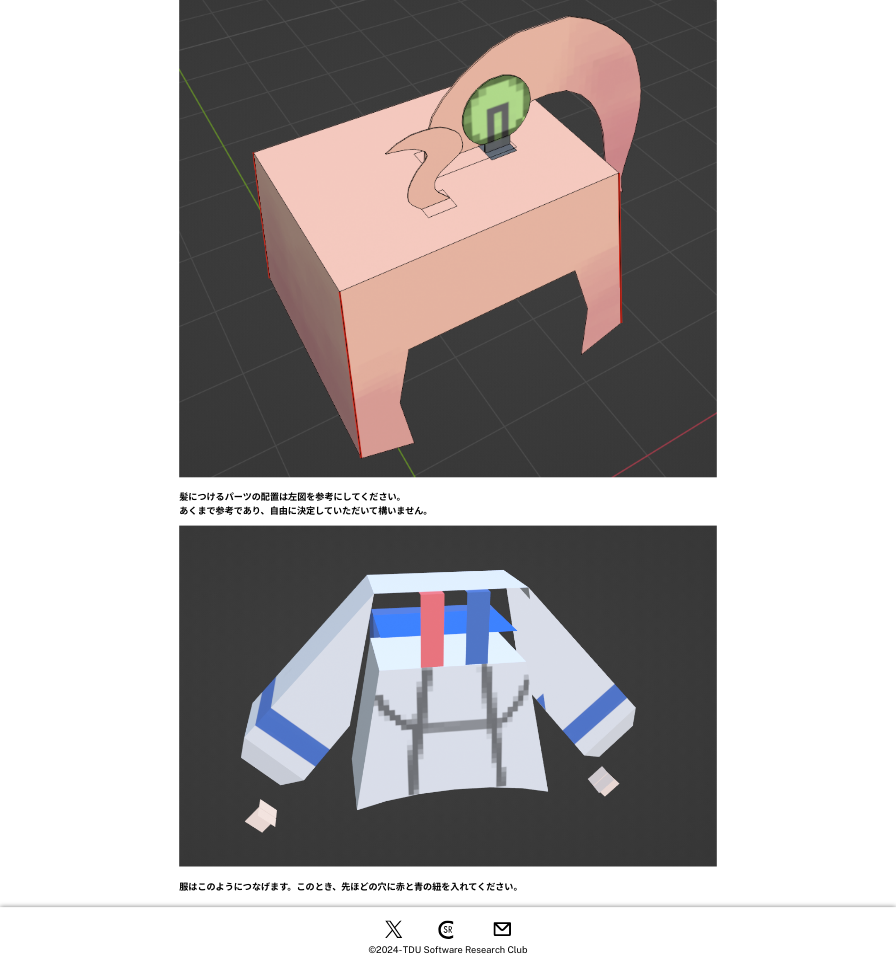
Repository: tdu-src/3D2024_asahisai
Page: html/Memori.html
An editor plug-in stored every save of this project. The page is shown before and after the next save, followed by the edit.
The browser window is 1280 px wide. The pictures show the part of the page from y = 3847 to 5767 px (the page is 5230 px tall before and 5767 px after), at 70% of full size.
Some web fonts or font styles are not loaded; a fallback is used.

Above is the page before, as saved 2024-10-30 22:38:33.

### html/Memori.html
<!doctype html>
<html lang="ja">
    <head>
        <meta charset="UTF-8">
        <meta name="viewport" content="width=device-width">
        <title>ソフきゃら！特設サイト</title>
        <link rel="icon" href="../images/favicon.svg" type="image/svg+xml">
        <link res="stylesheet" href="https://unpkg.com/ress/dist/ress.min.css">
        <link href="../css/style.css" rel="stylesheet">
        <link href="../css/char.css" rel="stylesheet">
        <!---------------font data--------------->
            <!--Passion one-->
        <link rel="preconnect" href="https://fonts.googleapis.com">
        <link rel="preconnect" href="https://fonts.gstatic.com" crossorigin>
        <link href="https://fonts.googleapis.com/css2?family=Passion+One:wght@400;700;900&display=swap" rel="stylesheet">
            <!--Noto Sans Japanese-->
        <link rel="preconnect" href="https://fonts.googleapis.com">
        <link rel="preconnect" href="https://fonts.gstatic.com" crossorigin>
        <link href="https://fonts.googleapis.com/css2?family=Noto+Sans+JP:wght@100..900&family=Passion+One:wght@400;700;900&display=swap" rel="stylesheet">
            <!--Public Sans-->
        <link rel="preconnect" href="https://fonts.googleapis.com">
        <link rel="preconnect" href="https://fonts.gstatic.com" crossorigin>
        <link href="https://fonts.googleapis.com/css2?family=Noto+Sans+JP:wght@100..900&family=Passion+One:wght@400;700;900&family=Public+Sans:ital,wght@0,100..900;1,100..900&display=swap" rel="stylesheet">
    </head>
    <body>
        <header>
            <div class="header-content-wrapper">
                <div>
<!--------------------ソフ研アイコン-------------------->
                    <div class="header-content">
                        <svg class="src-icon" xmlns="http://www.w3.org/2000/svg" viewBox="0 0 647.76 403.25">
                            <g>
                                <path d="M324,24.3s-117.82-52.05-209.1-3.79C28.83,66.02-1.49,142.38.06,199.94c2.14,79.54,39.77,124.56,80.39,159.85,37.15,32.27,142.79,70.6,243.55,16.05v-59.09c-45.45,34.72-130.2,44.5-183.34,17.42-53.59-27.3-84.85-71.97-85.61-127.28-.76-55.31,25.05-101.96,66.72-129.24,41.67-27.27,115.87-39.48,202.24,4.23V24.3Z"/>
                                <path d="M197.67,142.11c-11.68-20.21-55.55-28.04-69.32-3.03-15.44,28.05,2.83,47.13,20.56,55.39,17.56,8.19,41.3,17.97,33.8,42.15-7.17,23.09-43.61,16.7-50.57-9.09l-16.48,4.55c1.61,6.91,15.53,38.26,43.37,37.88,27.84-.38,40.01-17.18,42.62-39.02,3.03-25.38-19.14-40.02-36.19-47.79-17.05-7.77-34.32-18.16-21.39-35.36,9.13-12.15,34.97-3.69,40.53,6.63l13.07-12.31Z"/>
                                <path d="M255.98,127.47l-29.02.16v138.03h16.22v-57.01h4.44l35.68,57.01h19.32l-37.83-59.43s35.6-4.76,35.41-39.97c-.12-21.89-19.8-38.64-44.22-38.79h0ZM247.21,143.9c20.48.24,35.47,5.28,35.1,24.48-.38,19.92-17.12,24.85-39.12,24.66v-49.13c1.41-.02,2.66-.03,4.02-.01h0Z"/>
                                <path d="M360.05,109.81c-4.79-8.28-23.3-10.83-29.51-1.53-7.29,10.92,1.16,19.32,8.43,22.71,7.2,3.36,18.77,7.45,14.96,17.03-3.67,9.21-19.22,7.05-22.07-3.53l-6.75,1.86c.66,2.83,6.28,14.37,17.69,14.77,11.61.41,17.9-6.09,18.97-15.04,1.24-10.41-5.97-15.54-16.44-19.92-7.08-2.97-13.6-7.45-8.57-14.36,3.67-5.04,15.33-1.98,18.37,2.29l4.93-4.28Z"/>
                                <path d="M389.07,122.8c-10.48,0-18.98,8.5-18.98,18.98h0c0,10.48,8.5,18.98,18.98,18.98h0c10.48,0,18.98-8.5,18.98-18.98h0c0-10.48-8.5-18.98-18.98-18.98h0ZM389.34,129.45c6.59,0,11.92,5.34,11.92,11.92,0,6.58-5.34,11.92-11.92,11.92-6.58,0-11.92-5.34-11.92-11.92,0-6.59,5.34-11.92,11.92-11.92h0Z"/>
                                <path d="M432.34,102.2c-6.68-.06-11.12,5.6-11.01,9.73.04,1.59.05,6.3.05,11.97h-6.76v5.98h6.76c0,13.8-.05,30.08-.05,30.08h6.84v-30.08h10.45v-5.98h-10.45v-10.36c-.4-5.7,8.52-5.1,10.26-2.95v-6.84c-2.17-1.07-4.22-1.54-6.09-1.55h0Z"/>
                                <path d="M454.37,113.47v10.43h-5.98v6.26h5.98v29.69h6.55v-29.69h7.59v-6.26h-7.59v-10.43h-6.55Z"/>
                                <path d="M474.48,123.5l16.76,35.89,9.94-21.92,9.75,21.92,16.95-35.89h-5.97l-10.61,23.01-10.23-23.01s-9.66,23.2-10.04,23.01c-.38-.19-10.98-23.01-10.98-23.01h-5.59Z"/>
                                <path d="M548.22,123.52c-9.3,0-16.83,8.37-16.83,18.69,0,10.32,7.54,18.68,16.83,18.69,5.81,0,11.21-3.34,14.28-8.82v7.68h6.64v-35.76h-6.64v8.33c-3.07-5.47-8.47-8.8-14.28-8.8ZM551.18,129.02c6.7-.02,12.15,5.69,12.17,12.78,0,7.09-5.43,12.82-12.13,12.83s-12.14-5.72-12.15-12.78c-.01-7.07,5.41-12.81,12.11-12.83h0Z"/>
                                <path d="M602.37,123.49c-6.3-.1-9.16,1.97-12.93,9.43v-8.93h-6.74v35.67h6.74v-21.36c2.72-5.76,6.84-9.87,12.58-7.85l1.68-6.91-1.32-.05h0Z"/>
                                <path d="M629.11,123.07c-11.78,0-18.22,8.9-18.22,18.97,0,8.65,6,17.98,18.55,17.98,8.28,0,12.34-3.92,15.33-7.05l-4.4-3.89c-2.28,3.32-8.5,7.02-16.8,3.74-6.53-2.58-6.95-10.18-6.95-10.18h31.12c0-7.11-5.07-19.58-18.64-19.58h0ZM629.08,129.12c6.36,0,11.29,6.36,11.29,8.35h-23.14c0-3.89,5.5-8.35,11.86-8.35Z"/>
                                <path d="M341.58,172.18l-12.54.07v55.16h7.01v-22.78h1.92l15.42,22.78h8.35l-16.34-23.75s15.38-1.9,15.3-15.97c-.05-8.74-8.55-15.44-19.11-15.5h0ZM337.78,178.74c8.85.1,15.32,2.11,15.17,9.78-.16,7.96-7.4,9.93-16.9,9.86v-19.63h1.74s0,0,0,0Z"/>
                                <path d="M386.91,190.98c-11.78,0-18.22,8.9-18.22,18.98,0,8.65,6,17.98,18.55,17.98,8.28,0,12.34-3.92,15.33-7.05l-4.4-3.89c-2.28,3.32-8.5,7.02-16.79,3.74-6.53-2.58-6.95-10.18-6.95-10.18h31.12c0-7.11-5.07-19.58-18.64-19.58h0ZM386.88,197.03c6.36,0,11.29,6.35,11.29,8.35h-23.14c0-3.89,5.5-8.35,11.86-8.35Z"/>
                                <path d="M434.81,195.46c-3.23-5.18-14.98-7.37-20.02-.42-4.93,6.81.5,12.39,5.77,14.89,4.78,2.26,11.12,4.12,8.94,9.03-1.97,4.44-8.12,3.84-12.79.07l-5.31,2.4c3.29,3.38,6.97,6.11,11.63,6.11,7.82,0,12.06-3.8,12.78-9.4.84-6.5-4.03-9.71-11.08-12.45-4.77-1.85-7.09-4.65-4.84-7.44,2.52-3.11,9.05-1.45,11.1,1.22l3.8-4.01Z"/>
                                <path d="M463.1,191.24c-11.78,0-18.22,8.9-18.22,18.98,0,8.65,6,17.98,18.55,17.98,8.28,0,12.34-3.92,15.33-7.05l-4.4-3.89c-2.28,3.32-8.5,7.02-16.79,3.75-6.53-2.58-6.95-10.18-6.95-10.18h31.12c0-7.11-5.07-19.58-18.65-19.58h0ZM463.07,197.29c6.36,0,11.29,6.35,11.29,8.35h-23.14c0-3.89,5.5-8.35,11.86-8.35h0Z"/>
                                <path d="M506.35,191.3c-9.3,0-16.84,8.37-16.84,18.68,0,10.32,7.54,18.69,16.83,18.69h0c5.81,0,11.21-3.34,14.28-8.82v7.69h6.64v-35.76h-6.64v8.32c-3.07-5.47-8.47-8.79-14.28-8.8h0ZM509.31,196.8c6.7-.02,12.15,5.69,12.17,12.78,0,7.09-5.43,12.82-12.13,12.83s-12.14-5.72-12.15-12.79,5.41-12.81,12.11-12.83h0Z"/>
                                <path d="M563.15,191.91c-6.3-.1-9.16,1.97-12.94,9.44v-8.93h-6.74v35.66h6.74v-21.36c2.72-5.76,6.84-9.87,12.58-7.86l1.68-6.91-1.32-.05h0Z"/>
                                <path d="M602.96,193s-10.49-4.78-18.62-.35c-7.66,4.18-10.37,11.19-10.23,16.48.19,7.3,3.54,11.44,7.16,14.68,3.31,2.97,12.65,6.48,21.62,1.47l.07-7.84c-4.71,3.09-11.91,5.42-16.33,2.4-5.04-3.44-6.22-5.68-6.55-10.75-.26-3.94,2.36-7.89,6.07-10.4s9.05-2.15,16.87,1.59l-.07-7.29Z"/>
                                <path d="M613.56,171.09v56.12h7.37v-19.22c0-3.88,2.41-11.79,9.37-11.79s7.5,6.16,7.5,9.24v21.76h7.1v-25.39c-.14-3.5-3.71-11.37-11.65-11.37s-12.46,6.96-12.46,6.96v-26.32h-7.23Z"/>
                                <path d="M367.73,242.62s-17.21-7.6-30.54-.55c-12.57,6.65-17,17.8-16.78,26.21.31,11.62,5.81,18.2,11.74,23.35,5.43,4.71,20.75,10.31,35.46,2.34l.11-8.63c-6.64,5.07-19.02,6.5-26.78,2.55-7.83-3.99-12.39-10.51-12.51-18.59-.11-8.08,3.66-14.89,9.75-18.88,6.09-3.98,17.04-5.77,29.65.62l-.11-8.41Z"/>
                                <path d="M382.4,240.13h7.23v55.98h-7.23v-55.98Z"/>
                                <path d="M406.2,260.96v23.11c0,6.17,6.06,13.16,14.96,13.16,9.75,0,15.72-6.99,15.72-12.5v-23.77h-7.01v22.63c0,3.23-3.98,7.67-8.43,7.67s-8.62-3.31-8.62-7.77v-22.54h-6.63Z"/>
                                <path d="M446.88,240.82v56.09h6.87v-7.68c3.17,5.48,8.88,7.87,14.89,7.88,9.61,0,17.27-7.43,17.27-17.74s-7.79-18.69-17.41-18.69c-6,0-11.58,3.33-14.76,8.8v-28.66h-6.86ZM465.44,266.18c6.93.02,12.53,5.76,12.52,12.83-.01,7.07-5.63,12.79-12.56,12.78-6.93,0-12.54-5.74-12.54-12.83.02-7.09,5.66-12.8,12.58-12.78h0Z"/>
                            </g>
                        </svg>
                    </div>
<!--------------------タイトル-------------------->
                    <div class="header-content">
                        <div class="title-wrapper">
                            <h1 class="title">ソフきゃら！ペパクラ</h1>
                        </div>
                    </div>
                </div>
<!--------------------外部リンク-------------------->
                <div>
                    <div class="header-content" id="display-width-big">
                        <div class="ex-site-link-wrapper">
                            <h4 class="ex-site-link">
                                <a href="https://tdu-src.com/">ソフトウェア研究部公式サイト</a>
                            </h4>
                            <h4 class="ex-site-link">
                                <a href="https://sofcharaproject.wixsite.com/official">ソフきゃら！公式サイト</a>
                            </h4>
                        </div>
                    </div>
                    <div class="header-content" id="display-width-small">
                        <nav>
                            <input id="menu-toggle" type="checkbox" />
                            <label class="menu-btn" for="menu-toggle">
                                <span>
                                    <div></div>
                                </span>
                            </label>
                            <div class="empty-item"></div>
                            <ul class="menu-box">
                            <li class="menu-item" id="first-item"><a href="https://tdu-src.com/" class="hidden-item">ソフトウェア研究部公式サイト</a></li>
                            <li class="menu-item"><a href="https://sofcharaproject.wixsite.com/official" class="hidden-item">ソフきゃら！公式サイト</a></li>
                            </ul>
                        </nav>
                    </div>
                </div>
            </div>
        </header>
        <main>
<!--------------------メインページ遷移-------------------->
            <section id="return-prepage">
                <h3 class="paragraph-content">
                    <a href="../index.html">&lt; トップページに戻る</a>

                    </h3>
            </section>
<!--------------------作品概要+ダウンロードリンク-------------------->
            <section class="explain-content-wrapper" id="explain-content-first">
                <h2 class="paragraph-title">ペーパークラフトダウンロード</h2>
                <div class="explain-content">
                    <div id="download-image">
                        <img src="../images/papercraft/Memori.png" alt="紀井めもりのペーパークラフト" class="big-height">
                    </div>
                    <div>
                        <div class="explain-content-sentence">
                            <h3 class="paragraph-content">
                                キャラクター名：紀井めもり
                            </h3>
                            <h3 class="paragraph-content">
                                制作難易度：★★
                            </h3>
                            <h3 class="paragraph-content">
                                ペーパークラフト設計者：とぅな
                            </h3>
                            <h3 class="paragraph-content" id="download-content">
                                <a href="../images/pdf-data/Memori.pdf" download="Memori.pdf" id="download-button">ダウンロード</a>
                            </h3>
                        </div>
                    </div>
                </div>
            </section>
<!--------------------組み立て説明-------------------->
            <section class="explain-content-wrapper">
                <h2 class="paragraph-title">組み立て方</h2>
                <div class="explain-content">
                    <div>
                        <img src="../images/description/all/1.png" alt="ペーパクラフトの組み立て方1" class="big-height">
                    </div>
                    <div>
                        <div class="explain-content-sentence">
                            <h3 class="paragraph-content">
                                ひとつのパーツは基本的に独立しており、
                                のりしろの数字と外側の矢印の番号がつながります。
                            </h3>
                        </div>
                    </div>
                </div>
                <div class="explain-content">
                    <div>
                        <img src="../images/description/all/2.png" alt="ペーパクラフトの組み立て方2" class="big-width">
                    </div>
                    <div>
                        <div class="explain-content-sentence">
                            <h3 class="paragraph-content">
                                稀に左の図のような"16:3"といった記述がありますが、
                                そのときは、左の数字(この例では16)のアイランドの中の右(この例では3)の数字が付けるべき場所になります。
                            </h3>
                        </div>
                    </div>
                </div>
                <div class="explain-content">
                    <div>
                        <img src="../images/description/Memori/1.png" alt="紀井めもりのパーツの分類図" class="big-width">
                    </div>
                    <div>
                        <div class="explain-content-sentence">
                            <h3 class="paragraph-content">
                                それぞれのパーツはpdfページごとに大きく分類されています。<br>
                                1ページ目から順に、下半身, 上半身, 頭部となっています。<br>
                                このとき、貼る指示がないパーツがあります。一度放置してください。
                            </h3>
                        </div>
                    </div>
                </div>
                <div class="explain-content">
                    <div>
                        <img src="../images/description/Memori/2.png" alt="紀井めもりのパーツの結合図" class="big-width">
                    </div>
                    <div>
                        <div class="explain-content-sentence">
                            <h3 class="paragraph-content">
                                左に代表されるパーツは線で折り、両面に色が見えるようにする構造になっています。
                                中心の線で2つ折りにし、外側の折り目以降を残して貼り合わせてください<br>
                            </h3>
                        </div>
                    </div>
                </div>
                <div class="explain-content">
                    <div>
                        <img src="../images/description/Memori/3.png" alt="紀井めもりの顔の変更" class="big-width">
                    </div>
                    <div>
                        <div class="explain-content-sentence">
                            <h3 class="paragraph-content">
                                髪につけるパーツの配置は左図を参考にしてください。<br>
                                あくまで参考であり、自由に決定していただいて構いません。
                            </h3>
                        </div>
                    </div>
                </div>
                <div class="explain-content">
                    <div>
                        <img src="../images/description/Memori/4.png" alt="紀井めもりの顔の変更" class="big-width">
                    </div>
                    <div>
                        <div class="explain-content-sentence">
                            <h3 class="paragraph-content">
                                服はこのようにつなげます。このとき、先ほどの穴に赤と青の紐を入れてください。
                            </h3>
                        </div>
                    </div>
                </div>
            </section>
        </main>
        <footer>
<!--------------------各種リンク-------------------->
            <div class="footer-content">
                <div class="sns-links">
                    <a href="https://x.com/sofken_tdu">
                        <svg class="sns-icon" viewBox="0 0 1200 1227" xmlns="http://www.w3.org/2000/svg" aria-hidden="true" role="none" class="u01b__icon-home">
                            <g><path d="M714.163 519.284L1160.89 0H1055.03L667.137 450.887L357.328 0H0L468.492 681.821L0 1226.37H105.866L515.491 750.218L842.672 1226.37H1200L714.137 519.284H714.163ZM569.165 687.828L521.697 619.934L144.011 79.6944H306.615L611.412 515.685L658.88 583.579L1055.08 1150.3H892.476L569.165 687.854V687.828Z"></path></g>
                        </svg>
                    </a>
                    <a href="https://tdu-src.com/">
                        <svg id="mid-icon" class="sns-icon" viewBox="0 0 150 150" xmlns="http://www.w3.org/2000/svg" aria-hidden="true" role="none" class="u01b__icon-home">
                            <g>
                                <path d="M114.565 8.844s-41.564-18.363-73.766-1.336c-30.362 16.054-41.061 42.992-40.514 63.297.756 28.061 14.03 43.943 28.36 56.391 13.107 11.385 50.374 24.905 85.92 5.661v-20.847c-16.035 12.248-45.931 15.698-64.679 6.147-18.905-9.631-29.934-25.391-30.201-44.901-.267-19.511 8.836-35.971 23.536-45.592 14.7-9.622 40.876-13.928 71.345 1.493z" stroke-width=".529"></path>
                                <path d="M69.998 50.404c-4.119-7.128-19.597-9.893-24.455-1.069-5.448 9.895.999 16.625 7.252 19.542 6.196 2.89 14.571 6.339 11.925 14.869-2.528 8.147-15.384 5.893-17.84-3.207l-5.813 1.604c.568 2.438 5.479 13.497 15.301 13.363 9.822-.134 14.114-6.061 15.034-13.764 1.069-8.954-6.753-14.118-12.767-16.858-6.014-2.74-12.106-6.408-7.546-12.475 3.221-4.285 12.336-1.3 14.299 2.339z" stroke-width=".529"></path>
                                <path d="M90.57 45.24l-10.237.057v48.694h5.722v-20.112h1.565l12.588 20.112h6.814l-13.344-20.964s12.56-1.679 12.493-14.101c-.042-7.721-6.985-13.632-15.6-13.686zm-3.096 5.797c7.224.085 12.513 1.862 12.384 8.637-.134 7.027-6.039 8.767-13.802 8.7v-17.333c.498-.008.937-.01 1.419-.005z" stroke-width="0.53"></path>
                            </g>
                        </svg>
                    </a>
                    <a href="mailto:softwareresearchclub◎gmail.com">
                        <svg class="sns-icon" xmlns="http://www.w3.org/2000/svg"viewBox="0 0 18 14.324">
                            <g>
                                <defs>
                                <style>
                                    .cls-1 {
                                    fill-rule: evenodd;
                                    }
                                </style>
                                </defs>
                                <path id="mail-2" data-name="mail" class="cls-1" d="M3.01,5.838a1,1,0,0,1,1-1H20a1,1,0,0,1,1,1V17.162a2,2,0,0,1-2,2H5a2,2,0,0,1-2-2v-11a1.008,1.008,0,0,1,.01-.14ZM5,8.062v9.1H19v-9.1l-4.878,4.879a3,3,0,0,1-4.243,0ZM6.572,6.806H17.428l-4.721,4.721a1,1,0,0,1-1.414,0Z" transform="translate(-3 -4.838)"/>
                            </g>
                        </svg>
                    </a>
                </div>
            </div>
<!--------------------コピーライト表記-------------------->
            <div class="footer-content" id="cpyright">
                &copy;2024- TDU Software Research Club
            </div>
        </footer>
    </body>
</html>

### css/char.css
@charset "UTF-8";
footer {
  bottom: auto;
}
main {
  width: 100%;
  display: inline-block;
  align-content: space-around;
}
h2 {
  font-size: calc((0.8vw + 6px) * 1.2);
}
h3 {
  font-size: calc((0.8vw + 6px) * 0.8);
}
section {
  margin: 0 20vw;
}
#download-image {
  display: block;
  align-items: center;
}
.big-height {
  width: auto;
  height: 100%;
}
.big-width {
  width: 100%;
  height: auto;
}
.block {
  width: 60vw;
  margin-top: 2.5em;
  display: inline-block;
  align-content: space-around;
}
#block-first {
  margin-top: 0;
}
.block-content {
  display: flex;
  margin-top: 2em;
  gap: 10%;
}
.block-content > div {
  position: relative;
  width: 45%;
  height: 0;
  padding-top: 45%;
  overflow: hidden;
}
.block-content > div > img {
  position: absolute;
  top: 50%;
  left: 50%;
  transform: translate(-50%, -50%);
  -webkit-transform: translate(-50%, -50%);
  -ms-transform: translate(-50%, -50%);
}
.block-content > div > div {
  position: absolute;
  top: 0;
  bottom: 0;
  left: 0;
  right: 0;
}
.block-content > div > h3 {
  text-align: justify;
}
.wrapper {
  display: inline;
  align-content: center;
  overflow: auto;
}
@media (max-width: 550px) {
  .block-content {
    display: block;
    width: 100%;
    justify-items: center;
  }
  .block-content > div {
    width: 80%;
    padding-top: 80%;
  }
  h3 {
    font-size: calc((0.8vw + 6px));
  }
  .block-content > div:nth-of-type(2) {
    padding-top: 60%;
  }
}
#download-content {
  margin-top: 3em;
}
#download-button {
  box-shadow: 2px 2px 4px gray;
  padding: 1em 2em;
  background-image: linear-gradient(60deg, #222, #444);
  border-radius: 1em;
  color: #fff;
}
#download-button:hover {
  box-shadow: 0px 0px 1px gray;
}

Loaded but not shown: css/style.css (611 lines, source omitted)

After the next save:
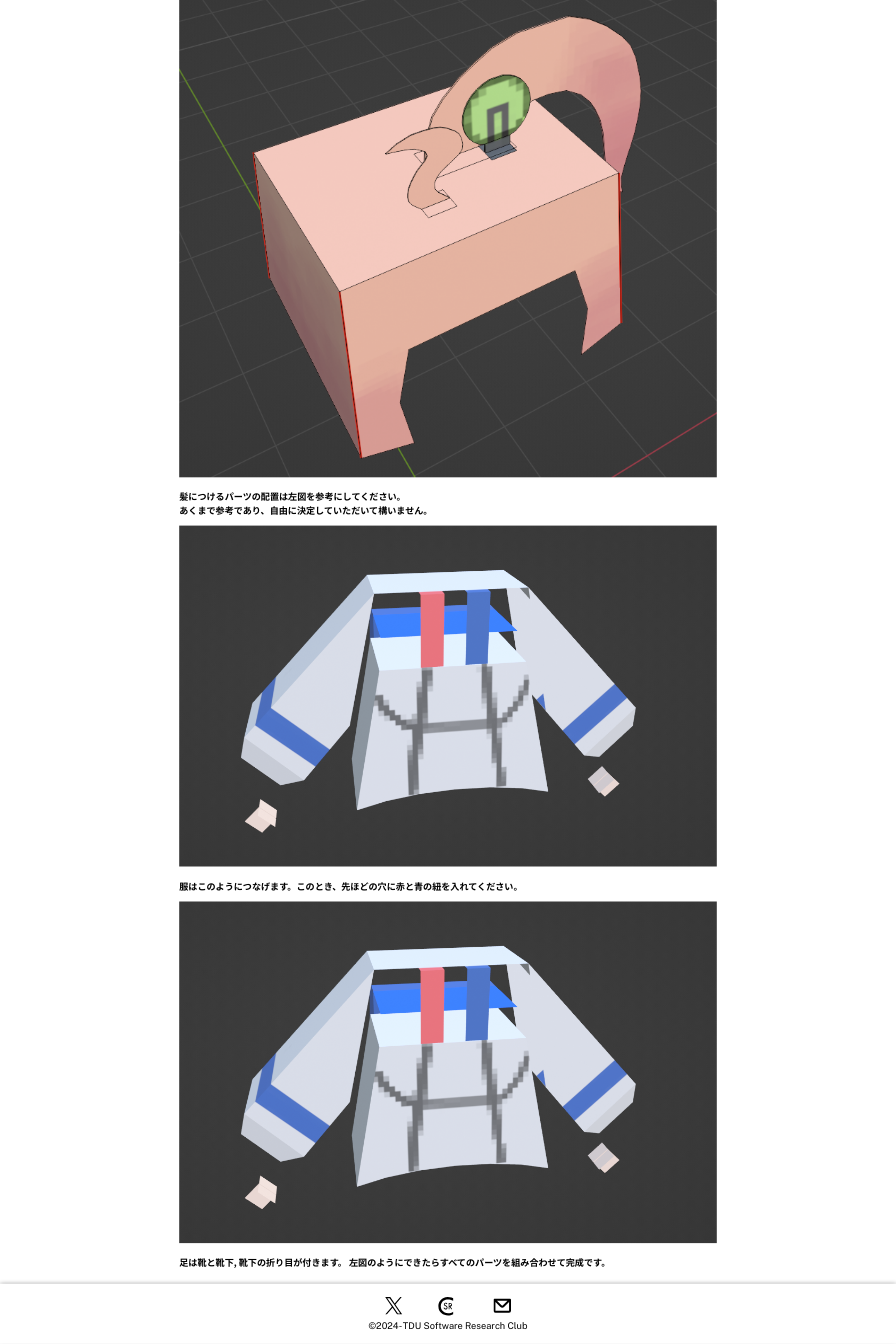
Saved 2 min 19 s later.
--- a/html/Memori.html
+++ b/html/Memori.html
@@ -207,6 +207,19 @@
                         </div>
                     </div>
                 </div>
+                <div class="explain-content">
+                    <div>
+                        <img src="../images/description/Memori/4.png" alt="紀井めもりの顔の変更" class="big-width">
+                    </div>
+                    <div>
+                        <div class="explain-content-sentence">
+                            <h3 class="paragraph-content">
+                                足は靴と靴下, 靴下の折り目が付きます。
+                                左図のようにできたらすべてのパーツを組み合わせて完成です。
+                            </h3>
+                        </div>
+                    </div>
+                </div>
             </section>
         </main>
         <footer>
